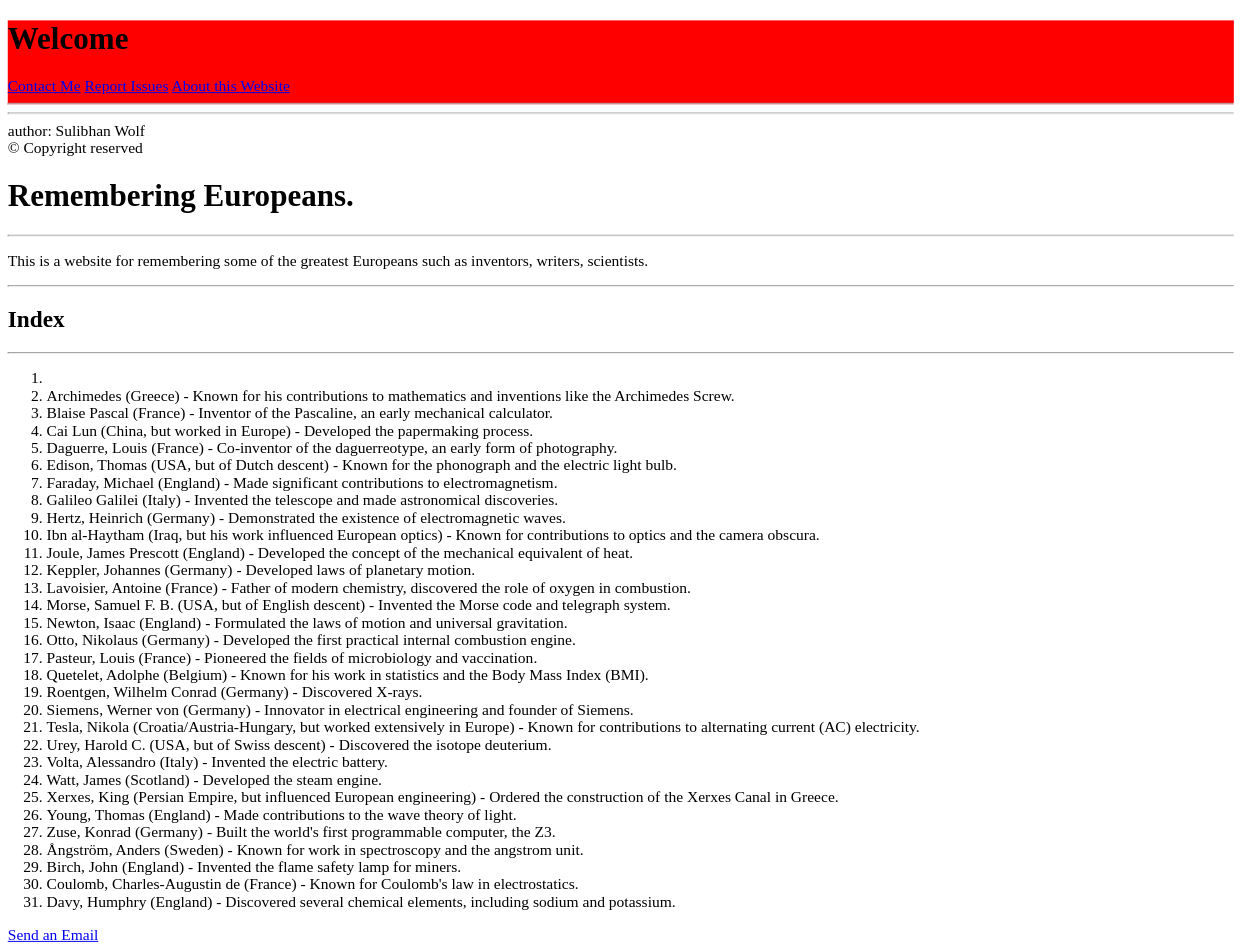
Repository: tomahawk2811/europe-website
Page: index.html
The author's editor kept a copy of each file at every save. The page is drawn from the files as they stood at one save, then again after the next save.
The browser window is 1280 px wide. The pictures show the whole page, at 97% of full size.
Some web fonts or font styles are not loaded; a fallback is used.

Above is the page before, as saved 2023-09-06 18:03:59.

After the next save:
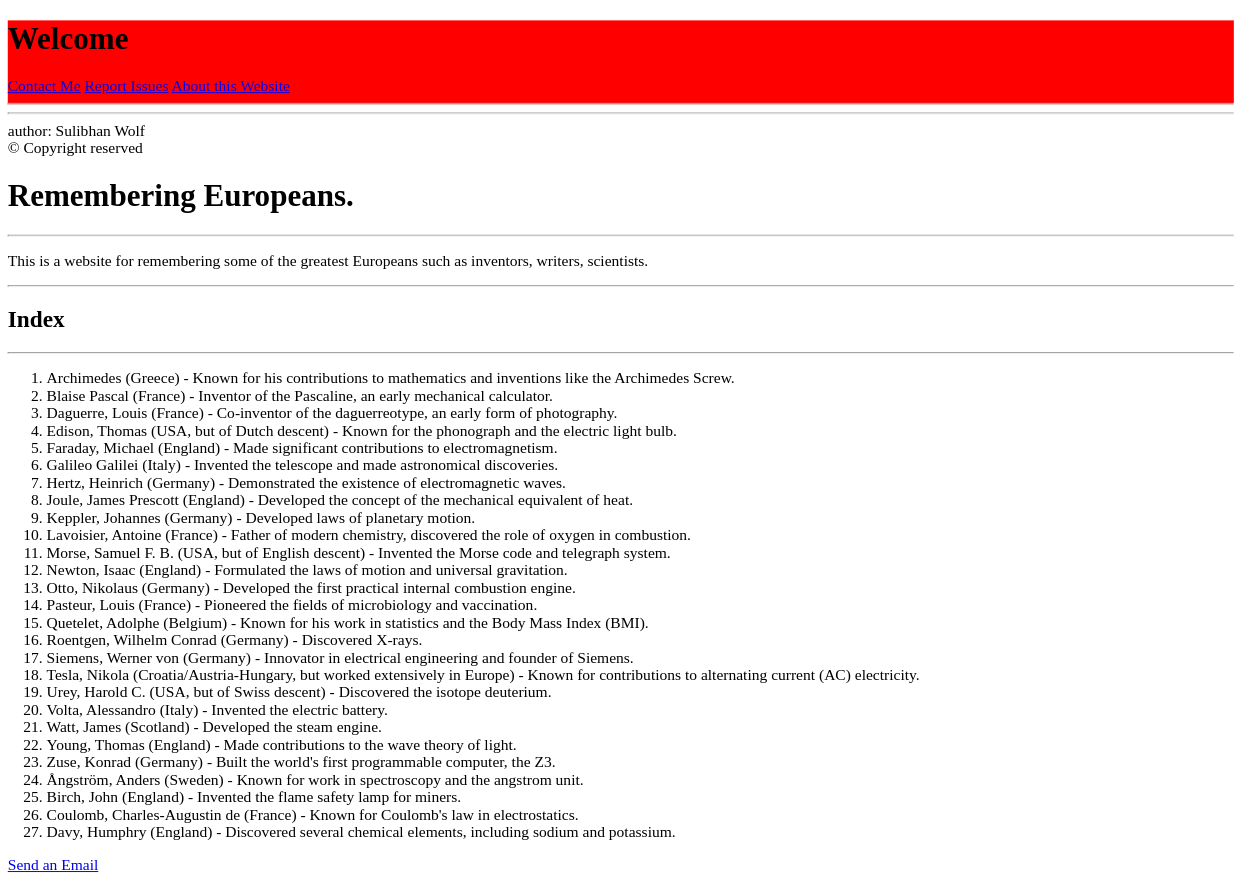
Saved 105 s later.
--- a/index.html
+++ b/index.html
@@ -33,16 +33,13 @@
         <h2>Index</h2>
         <hr>
         <ol>
-            <li>
                 <li>Archimedes (Greece) - Known for his contributions to mathematics and inventions like the Archimedes Screw.</li>
                 <li>Blaise Pascal (France) - Inventor of the Pascaline, an early mechanical calculator.</li>
-                <li>Cai Lun (China, but worked in Europe) - Developed the papermaking process.</li>
                 <li>Daguerre, Louis (France) - Co-inventor of the daguerreotype, an early form of photography.</li>
                 <li>Edison, Thomas (USA, but of Dutch descent) - Known for the phonograph and the electric light bulb.</li>
                 <li>Faraday, Michael (England) - Made significant contributions to electromagnetism.</li>
                 <li>Galileo Galilei (Italy) - Invented the telescope and made astronomical discoveries.</li>
                 <li>Hertz, Heinrich (Germany) - Demonstrated the existence of electromagnetic waves.</li>
-                <li>Ibn al-Haytham (Iraq, but his work influenced European optics) - Known for contributions to optics and the camera obscura.</li>
                 <li>Joule, James Prescott (England) - Developed the concept of the mechanical equivalent of heat.</li>
                 <li>Keppler, Johannes (Germany) - Developed laws of planetary motion.</li>
                 <li>Lavoisier, Antoine (France) - Father of modern chemistry, discovered the role of oxygen in combustion.</li>
@@ -57,7 +54,6 @@
                 <li>Urey, Harold C. (USA, but of Swiss descent) - Discovered the isotope deuterium.</li>
                 <li>Volta, Alessandro (Italy) - Invented the electric battery.</li>
                 <li>Watt, James (Scotland) - Developed the steam engine.</li>
-                <li>Xerxes, King (Persian Empire, but influenced European engineering) - Ordered the construction of the Xerxes Canal in Greece.</li>
                 <li>Young, Thomas (England) - Made contributions to the wave theory of light.</li>
                 <li>Zuse, Konrad (Germany) - Built the world's first programmable computer, the Z3.</li>
                 <li>Ångström, Anders (Sweden) - Known for work in spectroscopy and the angstrom unit.</li>
